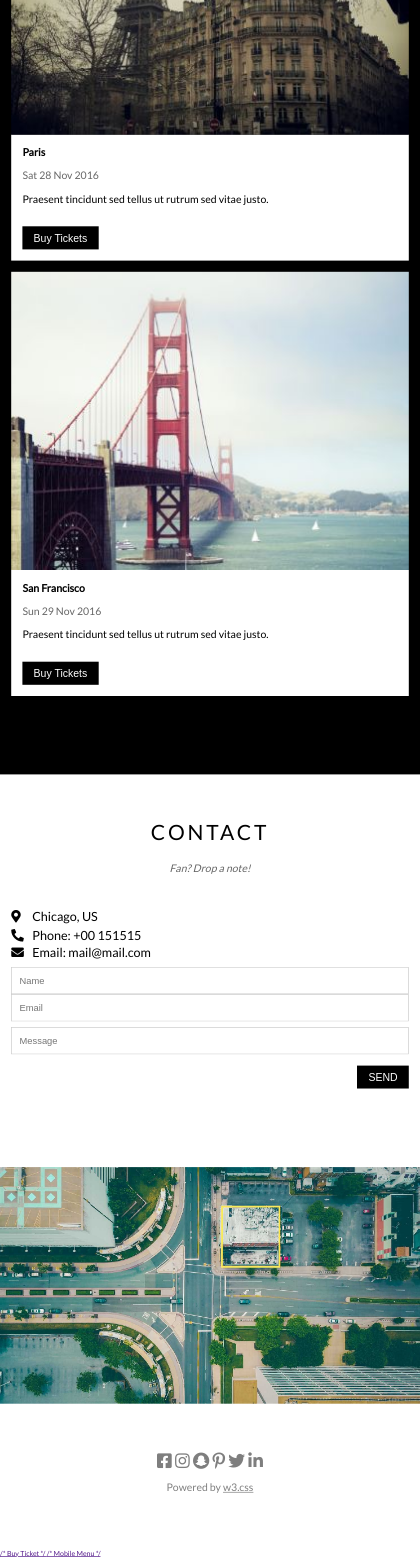
Repository: nguyenthaicong265/w3-band
Page: index.html
These files come from the project's save history. The page is drawn as it stood at one moment and after the next save; the edit follows.
The browser window is 600 px wide. The pictures show the part of the page from y = 3296 to 5536 px (the page is 5520 px tall before and 5536 px after), at 70% of full size.

Above is the page before, as saved 2022-01-07 00:16:01.

### index.html
<!DOCTYPE html>
<html lang="en">
<head>
    <meta charset="UTF-8">
    <meta http-equiv="X-UA-Compatible" content="IE=edge">
    <meta name="viewport" content="width=device-width, initial-scale=1.0">
    <title>The band</title>
    <link rel="icon" href="./assets/img/favicon.png" type="image/x-icon" />
    <link rel="stylesheet" href="./assets/css/styles.css">
    <link rel="stylesheet" href="./assets/css/responsive.css">
    <link rel="stylesheet" href="https://fonts.googleapis.com/css?family=Lato">
    <link rel="stylesheet" href="./assets/font/themify-icons-font/themify-icons/themify-icons.css">
    <link rel="stylesheet" href="./assets/font/fontawesome-free-5.15.4-web/css/all.css">
</head>
<body>
    <div id="main">
        <div id="header">
            <ul id="nav">
                <li><a href="#">Home</a></li>
                <li><a href="#band">Band</a></li>
                <li><a href="#tour">Tour</a></li>
                <li><a href="#contact">Contact</a></li>
                <li>
                    <a href="#">
                        More
                        <i class="fas fa-sort-down"></i>
                    </a>
                    <ul class="subnav">
                        <li><a href="#">Merchandise</a></li>
                        <li><a href="#">Extras</a></li>
                        <li><a href="#">Media</a></li>
                    </ul>
                </li>
            </ul>
            <div class="search-button">
                <i class="fas fa-search"></i>
            </div>
            <div id="mobile-menu" class="mobile-menu-button">
                <i class="fas fa-bars"></i>
            </div>
        </div>

        <div id="slider">
            <div class="text-content text-white">
                <h2 class="text-head">Los Angeles
                </h2>
                <div class="text-description">We had the best time playing at Venice Beach!
                </div>
            </div>
        </div>

        <div id="content">
            <!-- About-section -->
            <div id="band" class="band-section">
                <div class="content-section">
                    <h2 class="section-heading">
                    THE BAND
                    </h2>
                    <p class="section-sub-heading">
                    We love music
                    </p>
                    <p class="about-text">We have created a fictional band website. Lorem ipsum dolor sit amet, consectetur adipiscing elit, sed do eiusmod tempor incididunt ut labore et dolore magna aliqua. Ut enim ad minim veniam, quis nostrud exercitation ullamco laboris nisi ut aliquip ex ea commodo consequat. Duis aute irure dolor in reprehenderit in voluptate velit esse cillum dolore eu fugiat nulla pariatur. Excepteur sint occaecat cupidatat non proident, sunt in culpa qui officia deserunt mollit anim id est laborum consectetur adipiscing elit, sed do eiusmod tempor incididunt ut labore et dolore magna aliqua. Ut enim ad minim veniam, quis nostrud exercitation ullamco laboris nisi ut aliquip ex ea commodo consequat.
                    </p>

                    <!-- Member -->
                    <div class="row members-list">
                        <div class="col col-third text-center s-col-full mt-16">
                            <p class="member-name">Name</p>
                            <img src="./assets/img/band/member1.jpg" alt="Name" class="member-avatar">
                        </div>

                        <div class="col col-third text-center s-col-full mt-16">
                            <p class="member-name">Name</p>
                            <img src="./assets/img/band/member1.jpg" alt="Name" class="member-avatar">
                        </div>

                        <div class="col col-third text-center s-col-full mt-16">
                            <p class="member-name">Name</p>
                            <img src="./assets/img/band/member1.jpg" alt="Name" class="member-avatar">
                        </div>
                    </div>
                </div>
            </div>

            <!-- Tour-section -->
            <div id="tour" class="tour-section">
                <div class="content-section">
                    <h2 class="section-heading text-white">
                    TOUR DATES
                    </h2>
                    <p class="section-sub-heading text-white">
                    Remember to book your tickets!
                    </p>

                    <!-- Tickets  -->
                    <ul class="tickets-list">
                        <li>September <span class="sold-out text-white">Sold out</span></li>
                        <li>October <span class="sold-out text-white">Sold out</span></li>
                        <li>November <span class="quantity text-white">3</span></li>
                    </ul>

                    <!-- Places -->
                    <div class="row places-list">
                        <div class="col col-third mt-16 s-col-full">
                            <img src="./assets/img/places/newyork.jpg" alt="New York" class="place-img">
                            <div class="place-body">
                                <h3 class="place-heading">
                                    New York
                                </h3>
                                <p class="place-time">
                                    Fri 27 Nov 2016
                                </p>
                                <p class="place-dsc">
                                    Praesent tincidunt sed tellus ut rutrum sed vitae justo.
                                </p>
                                <button class="btn js-buy-ticket">Buy Tickets</button>
                            </div>
                        </div>

                        <div class="col col-third mt-16 s-col-full">
                            <img src="./assets/img/places/paris.jpg" alt="Paris" class="place-img">
                            <div class="place-body">
                                <h3 class="place-heading">
                                    Paris
                                </h3>
                                <p class="place-time">
                                    Sat 28 Nov 2016
                                </p>
                                <p class="place-dsc">
                                    Praesent tincidunt sed tellus ut rutrum sed vitae justo.
                                </p>
                                <button class="btn js-buy-ticket">Buy Tickets</button>
                            </div>
                        </div>

                        <div class="col col-third mt-16 s-col-full">
                            <img src="./assets/img/places/sanfran.jpg" alt="San Francisco" class="place-img">
                            <div class="place-body">
                                <h3 class="place-heading">
                                    San Francisco
                                </h3>
                                <p class="place-time">
                                    Sun 29 Nov 2016
                                </p>
                                <p class="place-dsc">
                                    Praesent tincidunt sed tellus ut rutrum sed vitae justo.
                                </p>
                                <button class="btn js-buy-ticket">Buy Tickets</button>
                            </div>
                        </div>
                    </div>
                </div>
            </div>

            <!-- Begin: Contact-section -->
            <div id="contact" class="content-section">
                <h2 class="section-heading">
                CONTACT</h2>
                <p class="section-sub-heading">
                Fan? Drop a note!</p>
                <div class="row contact-content">
                    <div class="col col-half contact-info s-col-full">
                        <p><i class="fas fa-map-marker-alt"></i>Chicago, US</p>
                        <p><i class="fas fa-phone-alt"></i>Phone: +00 151515</p>
                        <p><i class="fas fa-envelope"></i>Email: mail@mail.com</p>
                    </div>
                    <div class="col col-half contact-form s-col-full">
                        <form action="">
                            <div class="row mt-8">
                                <div class="col col-half s-col-full">
                                    <input type="text" name="" required placeholder="Name" id="" class="form-control">
                                </div>
                                <div class="col col-half s-col-full">
                                    <input type="email" name="" required placeholder="Email" id="" class="form-control">
                                </div>
                            </div>
                            <div class="row mt-8">
                                <div class="col col-full">
                                    <input type="text" name="" required placeholder="Message" id="" class="form-control">
                                </div>
                            </div>
                            <input class="btn pull-right mt-16" type="submit" value="SEND">
                        </form>
                    </div>
                </div>
            </div>
            <!-- End: Contact-section -->


            <div class="map-section">
                <img src="./assets/img/map.jpg" alt="Map">
            </div>
        </div>

        <div id="footer">
            <div class="socials-list">
                <a href=""><i class="fab fa-facebook-square"></i></a>
                <a href=""><i class="fab fa-instagram"></i></a>
                <a href=""><i class="fab fa-snapchat"></i></a>
                <a href=""><i class="fab fa-pinterest-p"></i></a>
                <a href=""><i class="fab fa-twitter"></i></a>
                <a href=""><i class="fab fa-linkedin-in"></i></a>
            </div>
            <p class="copyright">Powered by <a href="">w3.css</a></p>
        </div>
    </div>
    <div class="modal js-modal">
         <div class="modal-contaner js-modal-container">
             <div class="modal-close js-modal-close">
                <i class="fas fa-times"></i>
             </div>

             <div class="modal-header text-white">
                <i class="fas fa-suitcase"></i> Tickets
             </div>

             <div class="modal-body">
                <label for="ticket-quantity" class="modal-label">
                    <i class="fas fa-shopping-cart"></i>
                    Tickets, $15 per person
                 </label>
                 <input type="text" id="ticket-quantity" class="modal-input" placeholder="How many?">

                 <label for="ticket-email" class="modal-label">
                    <i class="fas fa-user"></i>
                    Send To
                 </label>
                 <input type="text" id="ticket-email" class="modal-input" placeholder="Enter email">

                <button id="buy-ticket">
                    Pay
                    <i class="fas fa-check"></i>
                </button>
             </div>

             <div class="modal-footer">
                 <p class="modal-help">
                     Need <a href="">help?</button>
                 </p>
             </div>
         </div>
    </div>

    /* Buy Ticket */
    <script>
        const buyBtns = document.querySelectorAll('.js-buy-ticket')
        const modal = document.querySelector('.js-modal')
        const modalContainer = document.querySelector('.js-modal-container')
        const modalClose = document.querySelector('.js-modal-close')

        // Hàm hiển thị modal mua vé
        function showBuyTickets() {
            modal.classList.add('open')
        }

        // Hàm ẩn modal mua vé
        function closeBuyTickets() {
            modal.classList.remove('open')
        }

        // Lắng nghe click vào từng button Buy Ticket
        for (const buyBtn of buyBtns) {
            buyBtn.addEventListener('click', showBuyTickets)
        }

        // Lắng nghe click vào button close
        modalClose.addEventListener('click', closeBuyTickets)

        // Lắng nghe click vào modal
        modal.addEventListener('click', closeBuyTickets)

        // Lắng nghe click vào container
        modalContainer.addEventListener('click', function(event) {
            event.stopPropagation()
        })
    </script>

    /* Mobile Menu */
    <script>
        var header = document.getElementById('header')
        var mobileMenu = document.getElementById('mobile-menu')
        var headerHeight = header.clientHeight

        // Đóng mở mobile menu
        mobileMenu.onclick = function() {
            var isClosed = header.clientHeight === headerHeight
            if (isClosed) {
                header.style.height = 'auto'
            }
            else {
                header.style.height = null
            }
        }

        // Tự động đóng sau khi chọn menu
        var menuItems = document.querySelectorAll('#nav li a[href*="#"]')
        for (const menuItem of menuItems) {
            menuItem.onclick = function(event) {
                var isParentMenu = menuItem.nextElementSibling && menuItem.nextElementSibling.classList.contains('subnav')
                if (isParentMenu) {
                    event.preventDefault()
                }
                else {
                    header.style.height = null
                }
            }
        }
    </script>
</body>
</html>

### assets/css/styles.css
/* Reset CSS */
* {
    padding: 0;
    margin: 0;
    box-sizing: border-box;
}

html {
    font-family: "Lato", sans-serif;
    font-size: 62.5%;
    scroll-behavior: smooth;
}

/* Common */
.clear {
    clear: both;
}

.text-white {
    color: #ffff !important;
}

.row {
    margin-left: -8px;
    margin-right: -8px;
    overflow: hidden;
}

.col {
    float: left;
    padding-left: 8px;
    padding-right: 8px;
}

.col-third {
    width: 33.33333%;
}

.col-half {
    width: 50%;
}

.col-full {
    width: 100%;
}

.text-center {
    text-align: center;
}

.mt-8 {
    margin-top: 8px;
}

.mt-16 {
    margin-top: 16px;
}

.btn {
    display: inline-block;
    font-size: 15px;
    color: #ffff;
    background-color: #000;
    text-decoration: none;
    padding: 8px 16px;
    margin-top: 16px;
    border: 0px;
    cursor: pointer;
}

.btn:hover {
    color: #000;
    background-color: #ccc;
}

.pull-right {
    float: right;
    overflow: hidden;
}

/* Main */

#main {

}

#header {
    position: fixed;
    top: 0;
    left: 0;
    right: 0;
    height: 46px;
    background-color: #000000;
    z-index: 1;
}

#header .mobile-menu-button {
    position: absolute;
    top: 0;
    right: 0;
}

#header .search-button,
#header .mobile-menu-button {
    color: #fff;
    float: right;
    padding: 0 21px;
}

#header .search-button:hover {
    cursor: pointer;
    background-color: #f44336!important;
}

#header .mobile-menu-button:hover {
    background-color: #ccc;
    color: #000;
}

#header .fa-search,
#header .fa-bars {
    font-size: 13px;
    line-height: 46px;
}

#nav, .subnav {
    display: inline-block;
    list-style-type: none;
}

#nav > li {
    display: inline-block;
}

#nav li {
    position: relative;
}

#nav > li > a {
    color: #ffffff;
    text-transform: uppercase;
}

#nav li a {
    text-decoration: none;
    line-height: 46.5px;
    padding: 0px 24px;
    font-size: 1.5rem;
    display: block;
}

#nav .fa-sort-down {
    font-size: 20px;
}

#nav li:hover .subnav {
    display: block;

}

#nav > li:hover > a,
#nav .subnav li:hover a {
    color: #000 !important;
    background-color: #ccc !important;
}

#nav .subnav {
    display: none;
    position: absolute;
    min-width: 160px;
    top: 46.5px;
    background-color: #ffffff;
    box-shadow: 0 0 10px rgba(0, 0, 0, 0.3);
}

#nav .subnav a {
    color: #000;
    padding: 0 12px;
    line-height: 38px;
}

#slider {
    position: relative;
    margin-top: 46px;
    padding-top: 50%;
    background: url(/assets/img/slider/slider1.jpg) top center / cover no-repeat;
}

#slider .text-content {
    position: absolute;
    bottom: 48px;
    width: 100%;
    text-align: center;
}

#slider .text-head {
    font-weight: 100;
    font-size: 24px;
    margin-bottom: 10px;
}
#slider .text-description {
    font-size: 15px;
    margin-top: 15px;
}

#content {
}

#content .content-section {
    width: 800px;
    max-width: 100%;
    padding: 64px 0 112px ;
    margin-left: auto;
    margin-right: auto;
    padding-left: 16px;
    padding-right: 16px;
}

#content .section-heading {
    font-size: 30px;
    font-weight: 400;
    letter-spacing: 4px;
    text-align: center;
}

#content .section-sub-heading {
    font-size: 15px;
    font-style: italic;
    text-align: center;
    opacity: 0.6;
    margin-top: 25px;
}

#content .about-text {
    text-align: justify;
    font-size: 15px;
    margin-top: 25px;
    line-height: 1.4;
}

#content .members-list {
    margin-top: 32px;
    overflow: hidden;
    padding-top: 32px !important;
    padding-bottom: 32px !important;
}

#content .member-name {
    font-size: 15px;
}

#content .member-avatar {
    width: 60%;
    margin-top: 15px;
    border-radius: 4px;
}

.tour-section {
    background-color: #000;
    width: 100%;
}

.tickets-list {
    background-color: #ffffff;
    margin-top: 40px;
    list-style-type: none;
}

.tickets-list li {
    font-size: 15px;
    padding: 11px 16px;
    border-bottom: 1px solid #dddd;
    color: #757575;
}

.tickets-list .sold-out {
    background-color: #f44336!important;
    padding: 2px 7px;
    margin-left: 16px;
}

.tickets-list .quantity {
    float: right;
    width: 24px;
    height: 24px;
    background-color: #000;
    border-radius: 50%;
    line-height: 24px;
    text-align: center;
    margin-top: -3px;
}

.places-list {
    margin-top: 32px;
    overflow: hidden;
}

.place-img {
    display: block;
    width: 100%;
}

.place-img:hover {
    opacity: 0.6;
}

.place-body {
    background-color: #ffff;
    padding: 16px;
}

.place-heading {
    font-size: 15px;
    font-weight: bolder;
    margin-bottom: 15px;
}

.place-time {
    font-size: 15px;
    opacity: 0.6;
    margin-bottom: 15px;
}

.place-dsc {
    font-size: 15px;
    margin-bottom: 15px;
}

.fas {
    display: inline-block;
}

.contact-content {
    margin-top: 48px;
}

.contact-info {
    font-size: 18px;
    line-height: 1.4;
}

.contact-info .fas {
    width: 30px;
}

.contact-form {
    font-size: 15px;
}

.contact-form .form-control {
    padding: 11px;
    border: 1px solid #ccc;
    width: 100%;
}

/* Map section */
.map-section img {
    width: 100%;
}

/* Footer section */
#footer {
    padding: 64px 16px;
    text-align: center;
    font-size: 15px;

}

#footer .socials-list {
    font-size: 24px;
}

#footer .socials-list a {
    color: #000;
    opacity: 0.5;
    text-decoration: none;
}

#footer .socials-list a:hover {
    opacity: 0.3;
}

#footer .copyright {
    margin: 15px 0;
    color: #000;
    opacity: 0.5;
}

#footer .copyright a {
    color: #000 !important;
}

.modal {
    position: fixed;
    top: 0;
    right: 0;
    bottom: 0;
    left: 0;
    background: rgba(0, 0, 0, 0.4);
    align-items: center;
    justify-content: center;
    display: none;
}

.modal.open {
    display: flex;
}

.modal-contaner {
    background: #fff;
    width: 900px;
    max-width: calc(100% - 32px);
    min-height: 200px;
    position: relative;
    animation: modalFadeIn ease 0.5s;
}

.modal-close {
    position: absolute;
    right: 0;
    top: 0;
    padding: 15px;
    cursor: pointer;
    color: #fff;
    font-size: 15px;
}

.modal-close:hover {
    background-color: #ccc;
    color: #000;
}

.modal-header {
    background-color: #009688;
    height: 130px;
    display: flex;
    align-items: center;
    justify-content: center;
    font-size: 30px;
    letter-spacing: 5px;
}

.modal-header .fa-suitcase {
    margin-right: 15px;
}

.modal-body {
    padding: 15px;

}

.modal-body .modal-label {
    display: block;
    font-size: 15px;
    opacity: 0.8;
}

.modal-body .modal-input {
    border: 1px solid #ccc;
    padding: 8px;
    margin: 15px 0;
    width: 100%;
    font-size: 15px;
}

#buy-ticket {
    background-color: #009688;
    color: #fff;
    font-size: 15px;
    padding: 15px;
    width: 100%;
    border: 0px;
}

#buy-ticket:hover {
    background-color: #ccc;
    color: #000;
}

.modal-footer {
    padding: 16px;
    text-align: right;
    font-size: 15px;
}

.modal-help {
    top: 0;
    right: 0;
}

.modal-help a {
    color: #2196F3;
}

@keyframes modalFadeIn {
    from {
        opacity: 0;
        transform: translateY(-100px);
    }
    to {
        opacity: 1;
        transform: translateY(0px);
    }
}

### assets/css/responsive.css
/* PC */
@media (min-width: 1024px) {
    #header .mobile-menu-button {
        display: none;
    }
}

/* Mobile */
@media (max-width: 740px) {
    #header {
        overflow: hidden;
    }
    #nav {
        display: block;
    }

    #nav > li {
        display: block;
    }

    #nav > li:first-child {
        display: inline-block;
    }

    #nav .subnav {
        position: initial;
        background-color: #333;
    }

    #nav .subnav a {
        color: #fff;
        padding: 5px 42px;
    }

    #header .search-button {
        display: none;
    }

    .place-list {
        margin-top: 16px;
    }

    .s-col-full {
        width: 100%;
    }
}

Loaded but not shown: assets/font/themify-icons-font/themify-icons/themify-icons.css (common file); assets/font/fontawesome-free-5.15.4-web/css/all.css (library)

After the next save:
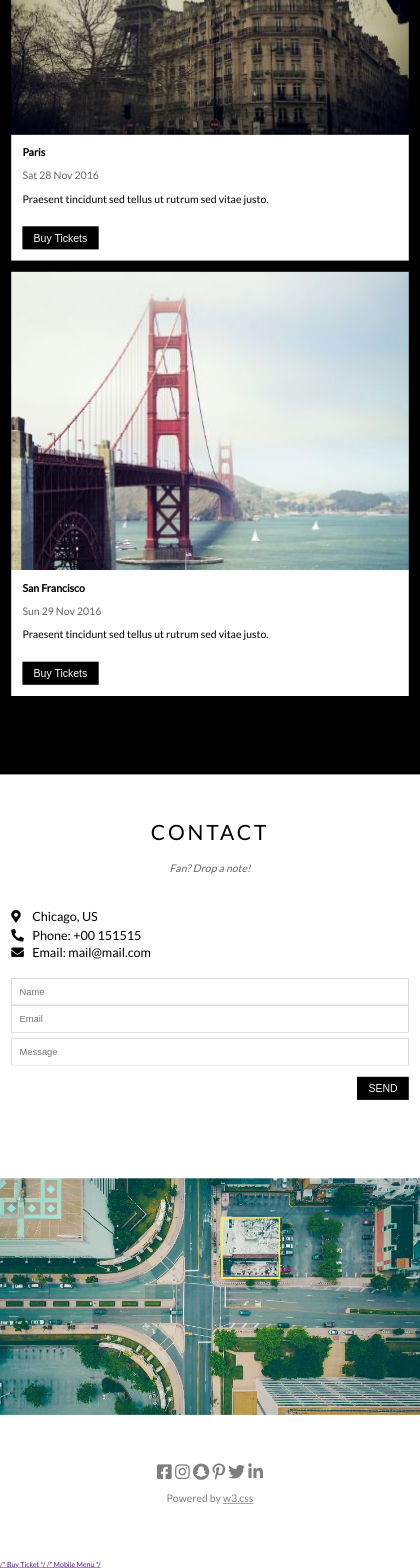
Saved 20 s later.
--- a/assets/css/responsive.css
+++ b/assets/css/responsive.css
@@ -43,4 +43,8 @@
     .s-col-full {
         width: 100%;
     }
+
+    .contact-form {
+        margin-top: 16px;
+    }
 }

After the save that followed:
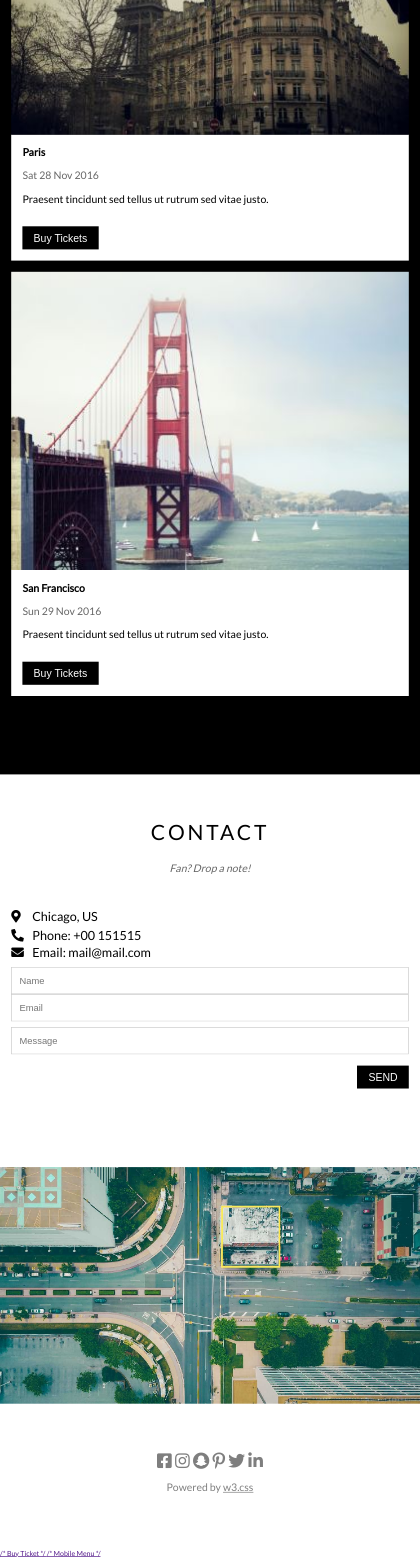
Saved 23 s later.
--- a/assets/css/responsive.css
+++ b/assets/css/responsive.css
@@ -43,8 +43,9 @@
     .s-col-full {
         width: 100%;
     }
-
+    /*
     .contact-form {
         margin-top: 16px;
     }
+    */
 }
